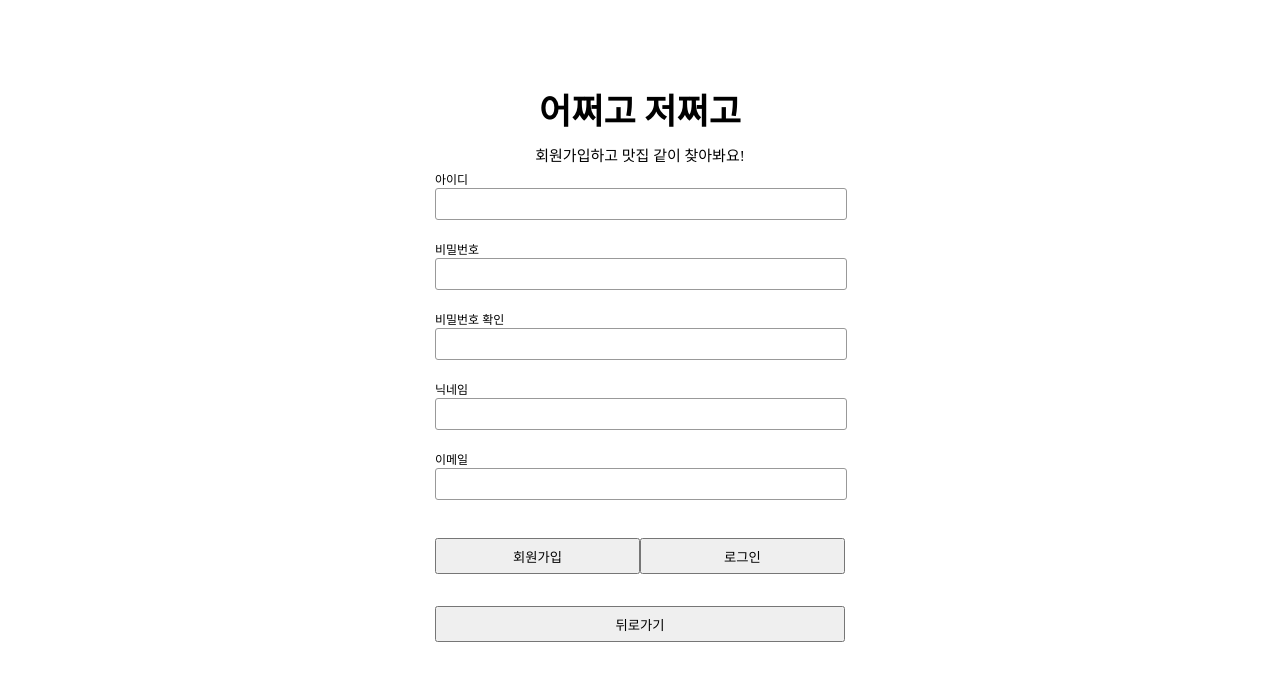
Repository: zzangyu/koreanFoodsProject
Page: http://localhost/koreanFoodsProject/koreanFoods/signUp.jsp
An editor plug-in stored every save of this project. The page is shown before and after a run of saves, followed by the edit.
The browser window is 1280 px wide. The pictures show the whole page.
Some web libraries are served in a nearby version. The page is served by Tomcat 9.

Above is the page before, as saved 2023-01-04 07:29:42.

After the next 3 saves:
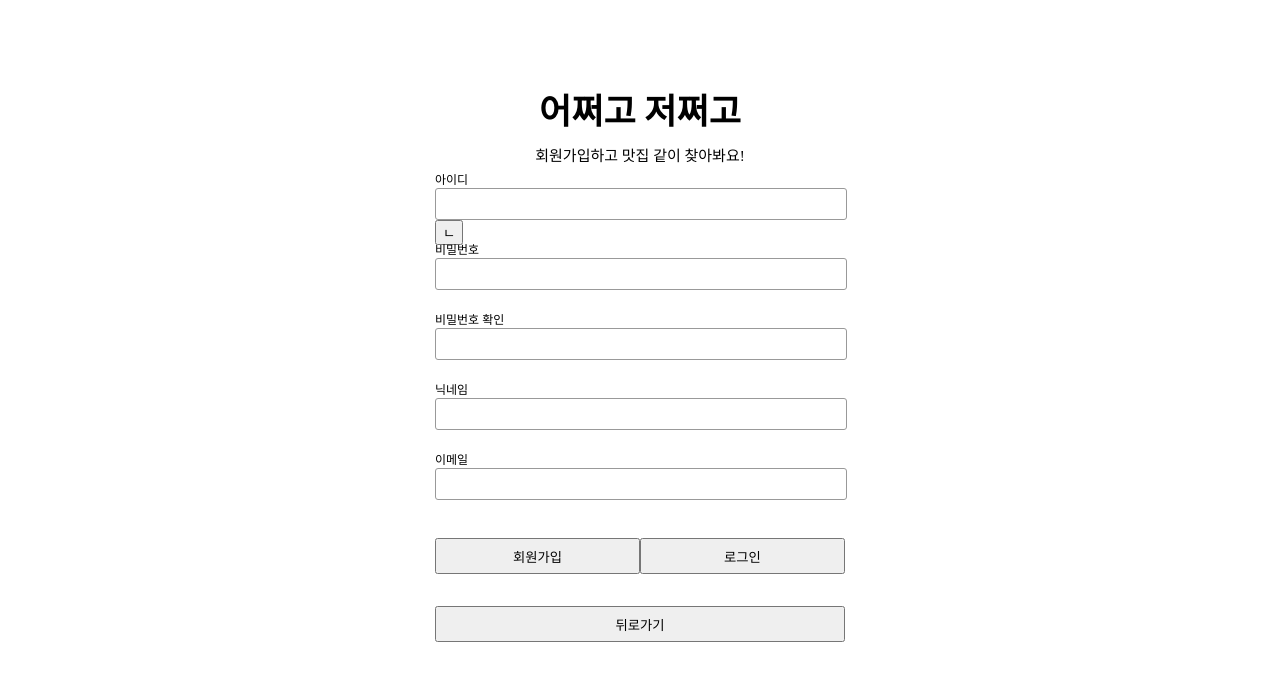
The 3 saves are shown as one change because they came seconds apart.
The last was saved 2 min 6 s later.
--- a/koreanFoodsProject/src/main/webapp/koreanFoods/signUp.jsp
+++ b/koreanFoodsProject/src/main/webapp/koreanFoods/signUp.jsp
@@ -17,7 +17,8 @@
 			<div>
 				<label class="signUp_textSize">아이디</label>
 				<div>
-					<input type="text" name="kf_id" id="kf_id" class="signUp_input" onkeyup="idCheck()" maxLength="16">
+					<input type="text" name="kf_id" id="kf_id" class="signUp_input" maxLength="16">
+					<button onclick="idCheck()">ㄴ</button>
 					<div class="signUp_check_textSize" id="signUp_idCheck"></div>
 				</div>
 			</div>
